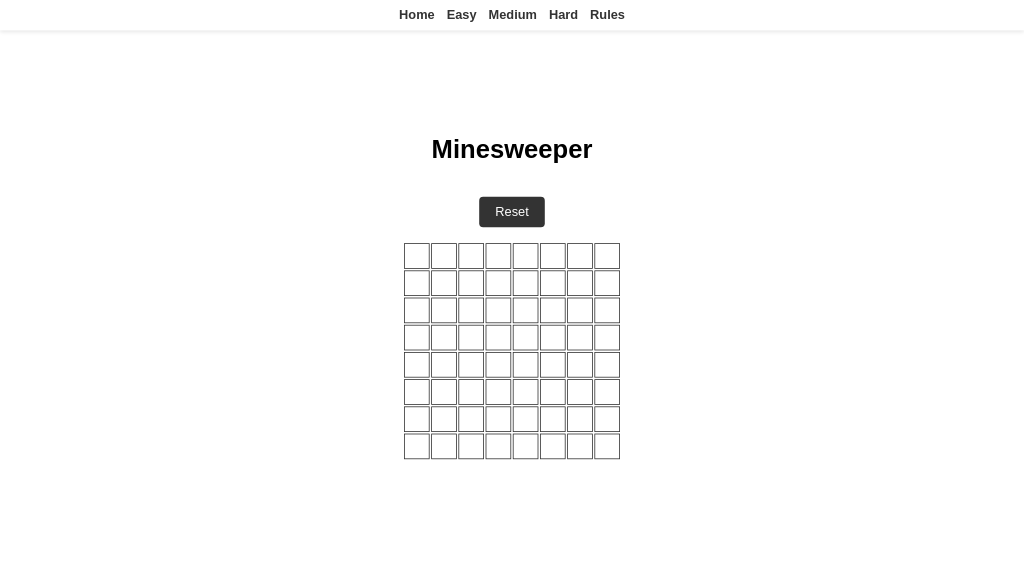
Repository: liwingy/-WingYee-_-Li-project2
Page: /game/easy (app in minesweeper/)
An editor plug-in stored every save of this project. The page is shown before and after the next save, followed by the edit.
The browser window is 1280 px wide. The pictures show the whole page, at 80% of full size.
The project was rebuilt for these pictures with package versions that can differ from the ones it lists, and the page was loaded fresh each time. Also part of the build but not shown: minesweeper/src/views/Homepage.js, minesweeper/src/views/Rules.js.

Above is the page before, as saved 2024-11-11 14:28:29.

### minesweeper/src/App.js
import './styles.css';
import { BrowserRouter as Router, Routes, Route, Link } from 'react-router-dom';
import Homepage from './views/Homepage';
import Game from './views/Game';
import Rules from './views/Rules';

function App() {
  return (
    <Router>
      <nav>
        <Link to="/">Home</Link>
        <Link to="/game/easy">Easy</Link>
        <Link to="/game/medium">Medium</Link>
        <Link to="/game/hard">Hard</Link>
        <Link to="/rules">Rules</Link>
      </nav>
      <Routes>
        <Route path="/" element={<Homepage />} />
        <Route path="/game/:difficulty" element={<Game />} />
        <Route path="/rules" element={<Rules />} />
      </Routes>
    </Router>
  );
}

export default App;

### minesweeper/src/styles.css
/* General Styles */
body, html {
  display: flex;
  justify-content: center;
  align-items: center;
  height: 100vh;
  margin: 0;
  font-family: Arial, sans-serif;
  text-align: center;
}

/* Main Container */
.main-container {
  display: flex;
  flex-direction: column;
  align-items: center;
  width: 100%;
  max-width: 600px;
  margin-top: 60px; /* Add top margin to avoid overlap with navbar */
}

/* Navbar Styling */
nav {
  position: fixed; /* Make the navbar fixed at the top */
  top: 0;
  left: 0;
  right: 0;
  display: flex;
  gap: 15px;
  justify-content: center;
  background-color: white; /* Background color to cover content behind */
  padding: 10px;
  box-shadow: 0 2px 5px rgba(0, 0, 0, 0.1); /* Optional shadow for visual separation */
  z-index: 1000; /* Ensure it stays above other content */
}

nav a {
  text-decoration: none;
  color: #333;
  font-weight: bold;
}

nav a:hover {
  color: #555;
}

/* Board Styling */
.board {
  display: grid;
  gap: 2px;
  justify-content: center;
  margin-top: 20px;
  /* Dynamically adjust the number of columns based on grid size */
}

/* Cell Styling */
.cell {
  width: 30px;
  height: 30px;
  border: 1px solid #333;
  display: flex;
  align-items: center;
  justify-content: center;
  font-size: 20px;
  cursor: pointer;
}

/* Revealed Cell Styling */
.cell.revealed {
  background-color: #d0d0d0;
}

/* Hover Effect for Cell */
.cell:hover {
  background-color: #e0e0e0;
}

/* Adjust the cell size for larger grids in hard mode */
.board.hard .cell {
  width: 20px;
  height: 20px;
  font-size: 16px;
}

/* Responsive adjustments for larger screens */
@media (min-width: 1024px) {
  .board.hard .cell {
    width: 25px;
    height: 25px;
    font-size: 16px;
  }
}

/* Button Styling */
button {
  margin-top: 20px;
  padding: 10px 20px;
  font-size: 16px;
  cursor: pointer;
  background-color: #333;
  color: #fff;
  border: none;
  border-radius: 5px;
}

button:hover {
  background-color: #555;
}

### minesweeper/src/views/Game.js
import React, { useState, useEffect } from 'react';
import { useParams } from 'react-router-dom';
import Cell from '../components/Cell';

function Game() {
  const { difficulty } = useParams();
  const [grid, setGrid] = useState([]);
  const [isGameOver, setIsGameOver] = useState(false);
  const [hasWon, setHasWon] = useState(false);

  const config = {
    easy: { size: 8, mines: 10 },
    medium: { size: 16, mines: 40 },
    hard: { size: 30, mines: 99 },
  }[difficulty] || { size: 8, mines: 10 };

  useEffect(() => {
    resetGame();
  }, [difficulty]);

  function initializeGrid() {
    const emptyGrid = Array.from({ length: config.size }, () =>
      Array.from({ length: config.size }, () => ({
        isRevealed: false,
        isMine: false,
        adjacentMines: 0,
      }))
    );

    placeMines(emptyGrid);
    setGrid(emptyGrid);
  }

  function placeMines(grid) {
    let minesPlaced = 0;
    while (minesPlaced < config.mines) {
      const row = Math.floor(Math.random() * config.size);
      const col = Math.floor(Math.random() * config.size);

      if (!grid[row][col].isMine) {
        grid[row][col] = { ...grid[row][col], isMine: true };
        updateAdjacentCounts(grid, row, col);
        minesPlaced++;
      }
    }
  }

  function updateAdjacentCounts(grid, row, col) {
    for (let r = Math.max(row - 1, 0); r <= Math.min(row + 1, config.size - 1); r++) {
      for (let c = Math.max(col - 1, 0); c <= Math.min(col + 1, config.size - 1); c++) {
        if (!grid[r][c].isMine) {
          grid[r][c].adjacentMines++;
        }
      }
    }
  }

  function handleClick(row, col) {
    if (isGameOver || grid[row][col].isRevealed) return;

    const newGrid = [...grid];

    if (newGrid[row][col].isMine) {
      setIsGameOver(true);
      alert("Game over! You hit a bomb!");
      revealAllMines(newGrid);
      setGrid(newGrid);
      return;
    }

    revealCell(newGrid, row, col);
    setGrid(newGrid);

    if (checkWin(newGrid)) {
      setHasWon(true);
      alert("Congratulations! You won!");
    }
  }

  function revealCell(grid, row, col) {
    if (
      row < 0 || col < 0 || row >= config.size || col >= config.size ||
      grid[row][col].isRevealed || grid[row][col].isMine
    ) {
      return;
    }

    grid[row][col].isRevealed = true;

    if (grid[row][col].adjacentMines === 0) {
      revealCell(grid, row - 1, col);
      revealCell(grid, row + 1, col);
      revealCell(grid, row, col - 1);
      revealCell(grid, row, col + 1);
      revealCell(grid, row - 1, col - 1);
      revealCell(grid, row - 1, col + 1);
      revealCell(grid, row + 1, col - 1);
      revealCell(grid, row + 1, col + 1);
    }
  }

  function revealAllMines(grid) {
    grid.forEach(row => {
      row.forEach(cell => {
        if (cell.isMine) {
          cell.isRevealed = true;
        }
      });
    });
  }

  function checkWin(grid) {
    return grid.flat().every(cell => cell.isMine || cell.isRevealed);
  }

  function resetGame() {
    setIsGameOver(false);
    setHasWon(false);
    initializeGrid();
  }

  return (
    <div>
      <div className="header">
        <h1>{isGameOver ? "Game Over" : hasWon ? "You Won!" : "Minesweeper"}</h1>
        <button onClick={resetGame}>Reset</button>
      </div>
      <div className="board" style={{ gridTemplateColumns: `repeat(${config.size}, 1fr)` }}>
        {grid.map((row, rIndex) =>
          row.map((cell, cIndex) => (
            <Cell
              key={`${rIndex}-${cIndex}`}
              isRevealed={cell.isRevealed}
              isMine={cell.isMine}
              adjacentMines={cell.adjacentMines}
              onClick={() => handleClick(rIndex, cIndex)}
            />
          ))
        )}
      </div>
    </div>
  );
}

export default Game;

### minesweeper/src/components/Cell.js
import React from 'react';

function Cell({ isRevealed, isMine, adjacentMines, onClick }) {
  let content = '';
  if (isRevealed) {
    content = isMine ? '💣' : (adjacentMines > 0 ? adjacentMines : '');
  }

  return (
    <div
      className={`cell ${isRevealed ? 'revealed' : ''}`}
      onClick={onClick}
    >
      {content}
    </div>
  );
}

export default Cell;

Loaded but not shown: minesweeper/public/index.html (common file); minesweeper/src/index.js (common file)

After the next save:
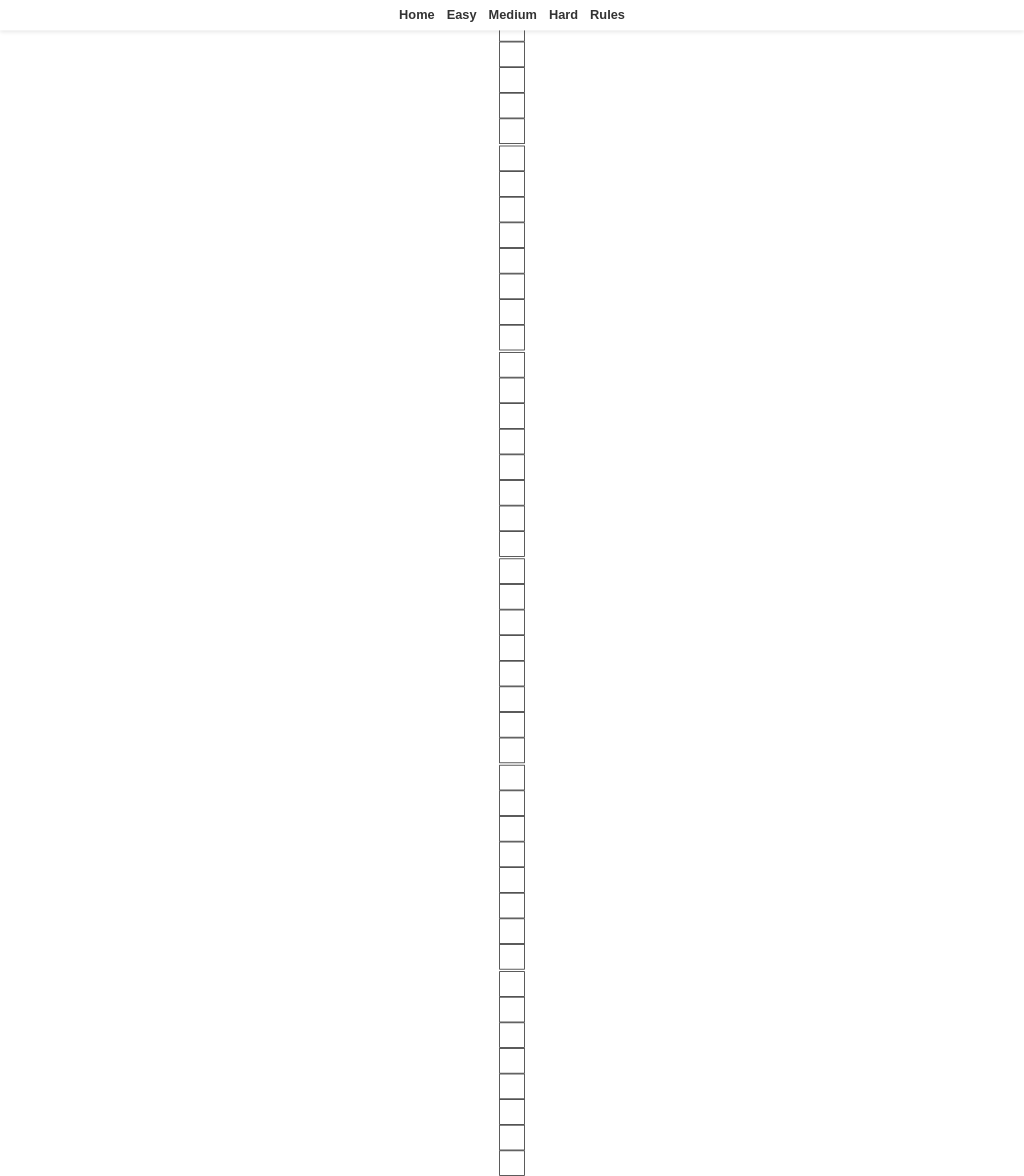
Saved 95 s later.
--- a/minesweeper/src/views/Game.js
+++ b/minesweeper/src/views/Game.js
@@ -8,17 +8,21 @@ function Game() {
   const [isGameOver, setIsGameOver] = useState(false);
   const [hasWon, setHasWon] = useState(false);
 
+  // Sets up the size of the grid and the number of mines based on the selected difficulty level
   const config = {
     easy: { size: 8, mines: 10 },
     medium: { size: 16, mines: 40 },
     hard: { size: 30, mines: 99 },
-  }[difficulty] || { size: 8, mines: 10 };
+  }[difficulty] || { size: 8, mines: 10 }; // Default to easy if something goes wrong
 
+  // Reset the game every time the difficulty changes
   useEffect(() => {
     resetGame();
   }, [difficulty]);
 
+  // Sets up a new grid and adds mines
   function initializeGrid() {
+    // Create a blank grid with cells set to "not revealed" and no mines
     const emptyGrid = Array.from({ length: config.size }, () =>
       Array.from({ length: config.size }, () => ({
         isRevealed: false,
@@ -27,24 +31,28 @@ function Game() {
       }))
     );
 
+    // Add mines to the grid
     placeMines(emptyGrid);
     setGrid(emptyGrid);
   }
 
+  // Randomly add mines to cells in the grid
   function placeMines(grid) {
     let minesPlaced = 0;
     while (minesPlaced < config.mines) {
       const row = Math.floor(Math.random() * config.size);
       const col = Math.floor(Math.random() * config.size);
 
+      // Only place a mine if there's not already one there
       if (!grid[row][col].isMine) {
         grid[row][col] = { ...grid[row][col], isMine: true };
-        updateAdjacentCounts(grid, row, col);
+        updateAdjacentCounts(grid, row, col); // Update nearby cells to track this new mine
         minesPlaced++;
       }
     }
   }
 
+  // Increments the "adjacentMines" count for cells around a newly placed mine
   function updateAdjacentCounts(grid, row, col) {
     for (let r = Math.max(row - 1, 0); r <= Math.min(row + 1, config.size - 1); r++) {
       for (let c = Math.max(col - 1, 0); c <= Math.min(col + 1, config.size - 1); c++) {
@@ -55,38 +63,45 @@ function Game() {
     }
   }
 
+  // Handles what happens when a player clicks a cell
   function handleClick(row, col) {
+    // Do nothing if the game is already over or if the cell is already revealed
     if (isGameOver || grid[row][col].isRevealed) return;
 
     const newGrid = [...grid];
 
+    // If the cell is a mine, game over!
     if (newGrid[row][col].isMine) {
       setIsGameOver(true);
       alert("Game over! You hit a bomb!");
-      revealAllMines(newGrid);
+      revealAllMines(newGrid); // Show all mines
       setGrid(newGrid);
       return;
     }
 
+    // If it's safe, start revealing cells recursively
     revealCell(newGrid, row, col);
     setGrid(newGrid);
 
+    // Check if all non-mine cells are revealed, meaning the player wins
     if (checkWin(newGrid)) {
       setHasWon(true);
       alert("Congratulations! You won!");
     }
   }
 
+  // Recursive function to reveal cells with 0 adjacent mines
   function revealCell(grid, row, col) {
     if (
       row < 0 || col < 0 || row >= config.size || col >= config.size ||
       grid[row][col].isRevealed || grid[row][col].isMine
     ) {
-      return;
+      return; // Stop if out of bounds, already revealed, or a mine
     }
 
     grid[row][col].isRevealed = true;
 
+    // If the cell has no adjacent mines, keep revealing nearby cells
     if (grid[row][col].adjacentMines === 0) {
       revealCell(grid, row - 1, col);
       revealCell(grid, row + 1, col);
@@ -99,6 +114,7 @@ function Game() {
     }
   }
 
+  // Shows all mines when the game is over
   function revealAllMines(grid) {
     grid.forEach(row => {
       row.forEach(cell => {
@@ -109,10 +125,12 @@ function Game() {
     });
   }
 
+  // Checks if the player has revealed all non-mine cells
   function checkWin(grid) {
     return grid.flat().every(cell => cell.isMine || cell.isRevealed);
   }
 
+  // Resets the game by reinitializing the grid and resetting the game state
   function resetGame() {
     setIsGameOver(false);
     setHasWon(false);
@@ -120,23 +138,25 @@ function Game() {
   }
 
   return (
-    <div>
+    <div className="game-container">
       <div className="header">
-        <h1>{isGameOver ? "Game Over" : hasWon ? "You Won!" : "Minesweeper"}</h1>
+        <h1>Minesweeper</h1>
         <button onClick={resetGame}>Reset</button>
       </div>
-      <div className="board" style={{ gridTemplateColumns: `repeat(${config.size}, 1fr)` }}>
-        {grid.map((row, rIndex) =>
-          row.map((cell, cIndex) => (
-            <Cell
-              key={`${rIndex}-${cIndex}`}
-              isRevealed={cell.isRevealed}
-              isMine={cell.isMine}
-              adjacentMines={cell.adjacentMines}
-              onClick={() => handleClick(rIndex, cIndex)}
-            />
-          ))
-        )}
+      <div className="board">
+        {grid.map((row, rIndex) => (
+          <div key={rIndex} className="row">
+            {row.map((cell, cIndex) => (
+              <Cell
+                key={`${rIndex}-${cIndex}`}
+                isRevealed={cell.isRevealed}
+                isMine={cell.isMine}
+                adjacentMines={cell.adjacentMines}
+                onClick={() => handleClick(rIndex, cIndex)}
+              />
+            ))}
+          </div>
+        ))}
       </div>
     </div>
   );
